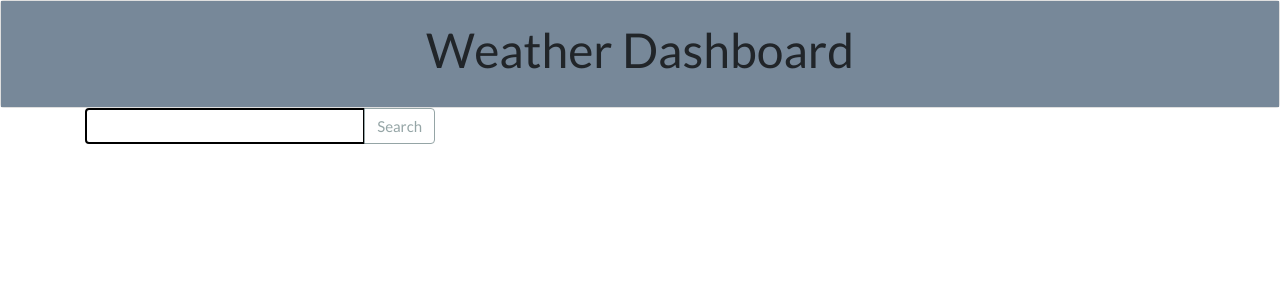
Repository: himaja830/Weather-Dashboard
Page: index.html
An editor plug-in stored every save of this project. The page is shown before and after the next save, followed by the edit.
The browser window is 1280 px wide. The pictures show the whole page.
Some web libraries are served in a nearby version.

Above is the page before, as saved 2020-06-26 12:52:00.

### index.html
<!DOCTYPE html>
<html lang="en">

<head>
    <meta charset="UTF-8">
    <meta name="viewport" content="width=device-width, initial-scale=1.0">
    <title>Weathe Dashboard</title>
    <link rel="stylesheet" href="https://stackpath.bootstrapcdn.com/bootstrap/4.3.1/css/bootstrap.min.css" />
    <link href="https://stackpath.bootstrapcdn.com/bootswatch/4.5.0/flatly/bootstrap.min.css" rel="stylesheet"
        integrity="sha384-mhpbKVUOPCSocLzx2ElRISIORFRwr1ZbO9bAlowgM5kO7hnpRBe+brVj8NNPUiFs" crossorigin="anonymous">
    <link rel="stylesheet" href="https://use.fontawesome.com/releases/v5.8.1/css/all.css"
        integrity="sha384-50oBUHEmvpQ+1lW4y57PTFmhCaXp0ML5d60M1M7uH2+nqUivzIebhndOJK28anvf" crossorigin="anonymous" />
    <link rel="stylesheet" href="assets/style.css">
</head>

<div class="card">
    <div class="card-body">
        <h1>Weather Dashboard</h1>
    </div>
</div>
<div class="container">
    <div class="row">
      <div class="col-sm-4">
        <div class="input-group mb-3">
            <input type="text" class="form-control"  aria-label="" aria-describedby="button-addon2">
            <div class="input-group-append">
              <button class="btn btn-outline-secondary" type="button" id="button-addon2">Search</button>
            </div>
          </div>
      </div>
      <div class="col-sm-8">

      </div>
    </div>
</div>


</body>

</html>

### assets/style.css
.card-body {
    background-color: lightslategray;
    text-align: center;
}
.btn-outline-secondary:hover {
    color:black;
    background-color: lightslategray;
    border-color: black;
}
.form-control {
    border: 2px solid black;
}

After the next save:
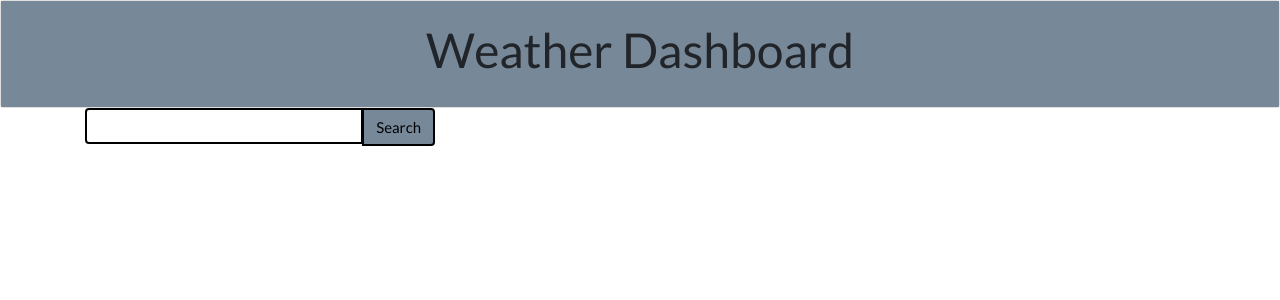
Saved 49 s later.
--- a/assets/style.css
+++ b/assets/style.css
@@ -2,10 +2,11 @@
     background-color: lightslategray;
     text-align: center;
 }
-.btn-outline-secondary:hover {
+.btn-outline-secondary {
     color:black;
     background-color: lightslategray;
-    border-color: black;
+    border: 2px solid black;
+
 }
 .form-control {
     border: 2px solid black;
